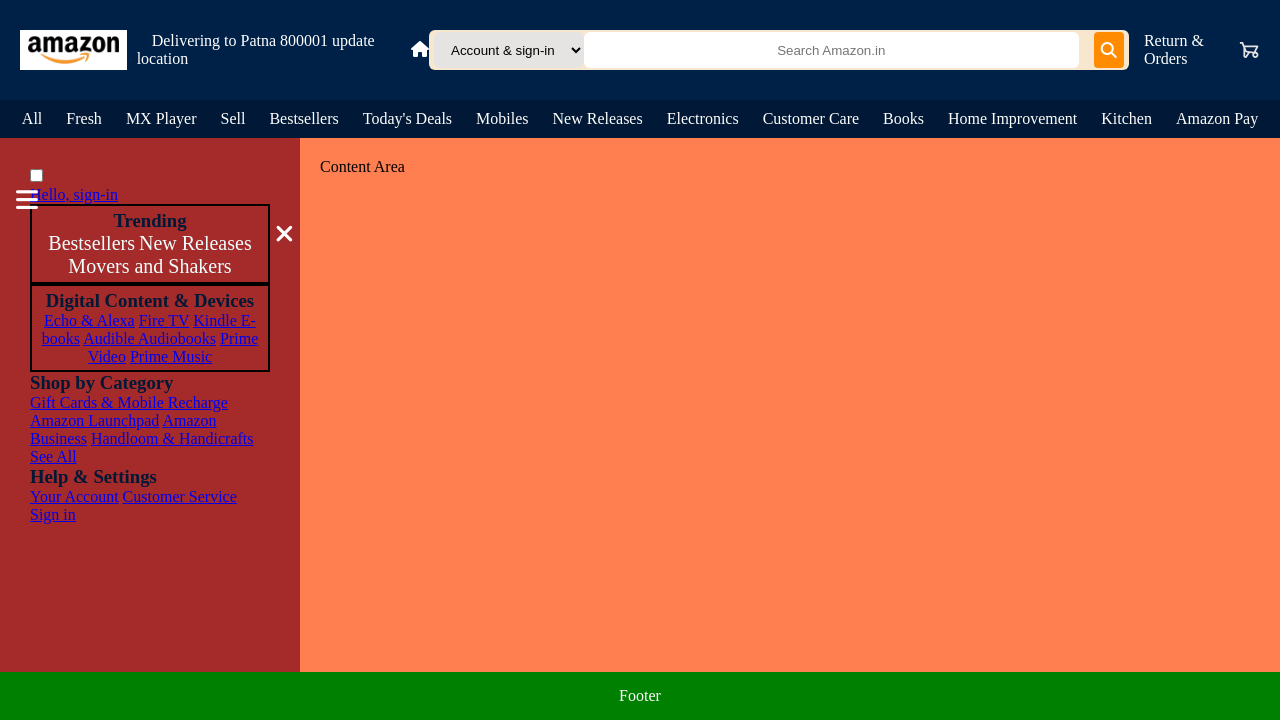
Repository: sristigupta04/basic-js-project
Page: amazon/ami.html
The author's editor kept a copy of each file at every save. The page is drawn from the files as they stood at one save, then again after the next save.
The browser window is 1280 px wide. The pictures show the whole page.

Above is the page before, as saved 2025-11-02 01:31:26.

### amazon/ami.html
<!DOCTYPE html>
<html lang="en">
<head>
  <meta charset="UTF-8" />
  <meta name="viewport" content="width=device-width, initial-scale=1.0" />
  <title>Amazon Page</title>
  <link rel="stylesheet" href="ami.css" />
  <link
    rel="stylesheet"
    href="https://cdnjs.cloudflare.com/ajax/libs/font-awesome/6.4.0/css/all.min.css"
  />
  <link
    href="https://fonts.googleapis.com/css2?family=Poppins&display=swap"
    rel="stylesheet"
  />
</head>

<body>
  <div class="container">

    <!-- Navbar -->
    <div class="navbar">
      <img class="fit-picture" src="pic.jpg" alt="author" />

      <div class="address">
        <a href="#">Delivering to Patna 800001 update location</a>
      </div>

      <a href="#" class="house"><i class="fa-solid fa-house"></i></a>

      <div class="tool">
        <select name="tools" id="option">
          <option value="">Account & sign-in</option>
          <option value="dog">Baby wishlist</option>
          <option value="cat">Your account</option>
          <option value="hamster">Your wish list</option>
          <option value="parrot">Keep shopping</option>
          <option value="spider">Your recommendations</option>
          <option value="goldfish">Prime account</option>
        </select>

        <input type="text" placeholder="Search Amazon.in" />
        <a href="#"><i class="fa-solid fa-magnifying-glass"></i></a>
      </div>

      <a href="#">Return & Orders</a>

      <svg
        xmlns="http://www.w3.org/2000/svg"
        height="24px"
        viewBox="0 -960 960 960"
        width="24px"
        fill="#e3e3e3"
      >
        <path
          d="M292-120q-38 0-65-27.5T200-213v-371l-73-176H40v-80h141l66 160h591q23 0 35 19t1 39L760-399q51 8 85.5 47t34.5 92q0 58-40.5 99T741-120q-59 0-99.5-41T601-260q0-20 5-37t14-33l-131-12-120 180q-13 20-33.5 31T292-120Zm382-285 99-195H280l50 120q8 20 25.5 33.5T396-431l278 26ZM293-201q2 0 9-5l97-144q-49-5-77-23.5T280-412v200q0 5 4 8t9 3Zm447 1q26 0 43-17.5t17-42.5q0-26-17-43t-43-17q-25 0-42.5 17T680-260q0 25 17.5 42.5T740-200Zm-66-205-278-26 278 26Z"
        />
      </svg>
    </div>

    <!-- Second Navbar -->
    <div class="navbar-second">
      <a href="#">All</a>
      <a href="#">Fresh</a>
      <a href="#">MX Player</a>
      <a href="#">Sell</a>
      <a href="#">Bestsellers</a>
      <a href="#">Today's Deals</a>
      <a href="#">Mobiles</a>
      <a href="#">New Releases</a>
      <a href="#">Electronics</a>
      <a href="#">Customer Care</a>
      <a href="#">Books</a>
      <a href="#">Home Improvement</a>
      <a href="#">Kitchen</a>
      <a href="#">Amazon Pay</a>
    </div>

    <!-- Main Area -->
    <div class="main-area">

      <!-- Sidebar -->
      <div class="Sidebar">
        <input type="checkbox" id="check" />
        <div class="btn_one">
          <label for="check" style="color: white">
            <i class="fa-solid fa-bars"></i>
          </label>
        </div>
        <div class="sidebar_menu">
          <div class="logo">
            <a href="#">Hello, sign-in</a>
          </div>
          <div class="btn_two">
            <label for="check" style="color: grey">
              <i class="fa-solid fa-xmark"></i>
            </label>
          </div>
        </div>

        <div class="trending">
          <h3>Trending</h3>
          <a href="#">Bestsellers</a>
          <a href="#">New Releases</a>
          <a href="#">Movers and Shakers</a>
        </div>

        <div class="digital">
          <h3>Digital Content & Devices</h3>
          <a href="#">Echo & Alexa</a>
          <a href="#">Fire TV</a>
          <a href="#">Kindle E-books</a>
          <a href="#">Audible Audiobooks</a>
          <a href="#">Prime Video</a>
          <a href="#">Prime Music</a>
        </div>

        <div class="shop">
          <h3>Shop by Category</h3>
          <a href="#">Gift Cards & Mobile Recharge</a>
          <a href="#">Amazon Launchpad</a>
          <a href="#">Amazon Business</a>
          <a href="#">Handloom & Handicrafts</a>
          <a href="#">See All</a>
        </div>

        <div class="help">
          <h3>Help & Settings</h3>
          <a href="#">Your Account</a>
          <a href="#">Customer Service</a>
          <a href="#">Sign in</a>
        </div>
      </div>

      <!-- Content -->
      <div class="Content">Content Area</div>
    </div>

    <!-- Footer -->
    <div class="Footer">Footer</div>

  </div>

  <script src="ami.js"></script>
</body>
</html>

### amazon/ami.css
* {
  padding: 0;
  margin: 0;
  box-sizing: border-box;
}

/* Whole page layout */
.container {
  display: flex;
  flex-direction: column; /* So navbars are stacked vertically */
  height: 100vh;
}

/* 🔹 Top Navbar */



.navbar {
  background-color: #002147;
  height: 100px;
  display: flex;
  align-items: center;
  justify-content: space-around;
  padding: 0 20px;
  color: white;
}

/* Logo */
.navbar img {
  height: 40px;
  margin-right: 10px;
}

/* Address link */
.navbar .address a {
  text-decoration: none;
  color: white;
}

/* Navbar links */
.navbar a {
  text-decoration: none;
  color: white;
  margin-left: 15px;
}

/* Search + Select box area */
.navbar .tool {
  display: flex;
  align-items: center;
  justify-content: space-between;
  background-color:#F7E7CE;
  text-align: center;
  width: 700px;
  height: 40px;
  border-radius: 6px;
  padding: 0 5px;
}

/* Dropdown inside tool */
.navbar .tool #option {
  border-radius: 6px;
  background-color: #E5E4E2;
  width: 150px;
  height: 36px;
  padding: 0.23rem;
  text-align: center;
  border: none;
  outline: none;
}

/* Input box inside tool */
.navbar .tool input {
  border-radius: 6px;
  width: 650px;
  height: 36px;
  padding: 0.23rem;
  text-align: center;
  border: none;
  outline: none;
}

/* Search icon link */
.navbar .tool a {
  display: flex;
  align-items: center;
  justify-content: center;
  background-color: #FF8C00;
  height: 36px;
  width: 40px;
  border-radius: 4px;
  color: white;
  text-decoration: none;
}

.navbar .tool input :hover{
  background-color: gray;
  border-color: coral;
}

/* 🔹 Second Navbar */
.navbar-second {
  background-color: #011936;
  color: white;
  padding: 10px;
  text-align: center;
    justify-content: space-around;

}

.navbar-second a {
  text-decoration: none;
  color: white;
  margin: 0 10px;
}

/* 🔸 Main layout (Sidebar + Content) */
.main-area {
  flex: 1;
  display: flex;
}

/* Sidebar on left */
.Sidebar {
  background-color: brown;
  width: 300px;
  padding: 30px;
  color: white;
}
.btn_one {
  color: white;
  font-size: 25px;
  position: absolute;
  left: 16px;
  line-height: 30px;
}
.trending{
  border: 2px solid black;
  width:auto;

  text-align: center;
  justify-content:space-around;
  padding: 4px;
}
h3{
  color:#011936;
}
.trending a{
  text-decoration: none;
  color:azure;
    justify-content:space-around;

  font-size:20px;
  font-weight: 300;
}
.digital{
  border: 2px solid black;
  width:auto;

  text-align: center;
  justify-content:space-around;
  padding: 4px;
}
/* Close button */
.sidebar_menu .btn_two i {
  color: white;
  font-size: 25px;
  position: absolute;
  left: 275px;
  line-height: 60px;
}


/* Content on right */
.Content {
  flex: 1;
  background-color: coral;
  padding: 20px;
}

/* Footer at bottom */
.Footer {
  background-color: green;
  color: white;
  text-align: center;
  padding: 15px;
}

Loaded but not shown: amazon/ami.js (empty)

After the next save:
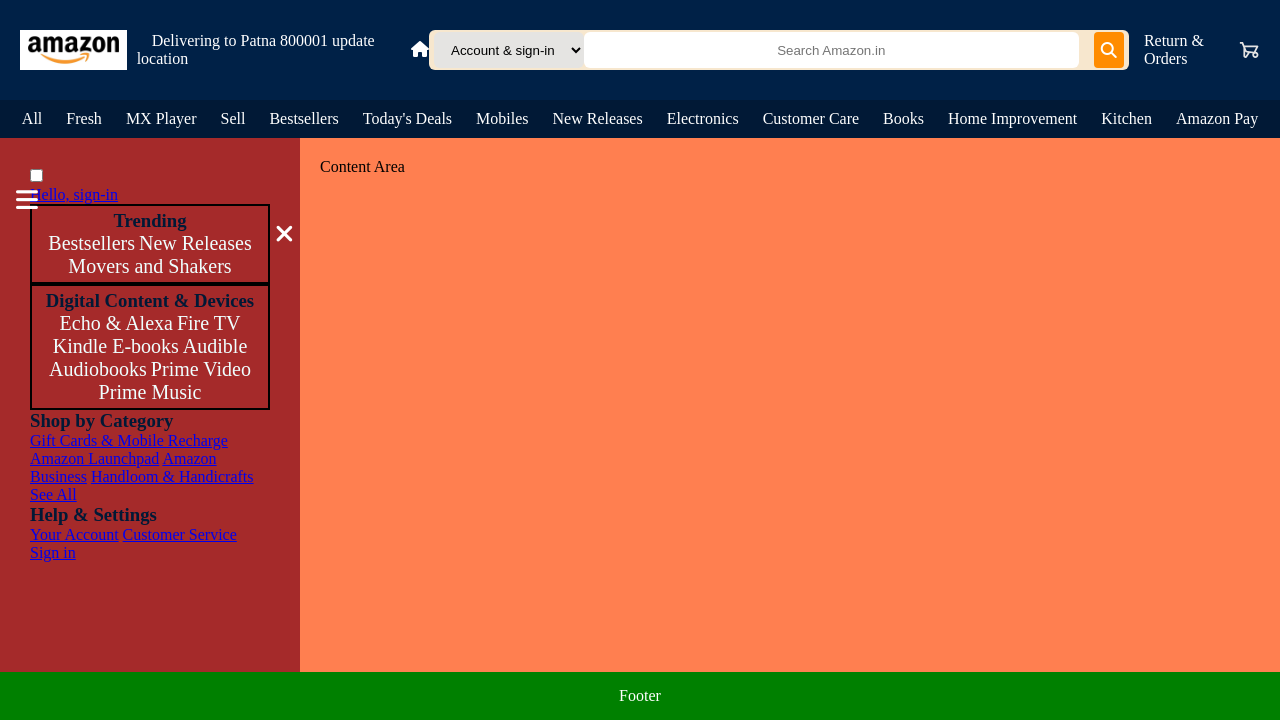
Saved 21 s later.
--- a/amazon/ami.css
+++ b/amazon/ami.css
@@ -161,6 +161,14 @@ h3{
   justify-content:space-around;
   padding: 4px;
 }
+.digital a{
+  text-decoration: none;
+  color:azure;
+    justify-content:space-around;
+
+  font-size:20px;
+  font-weight: 300;
+}
 /* Close button */
 .sidebar_menu .btn_two i {
   color: white;
